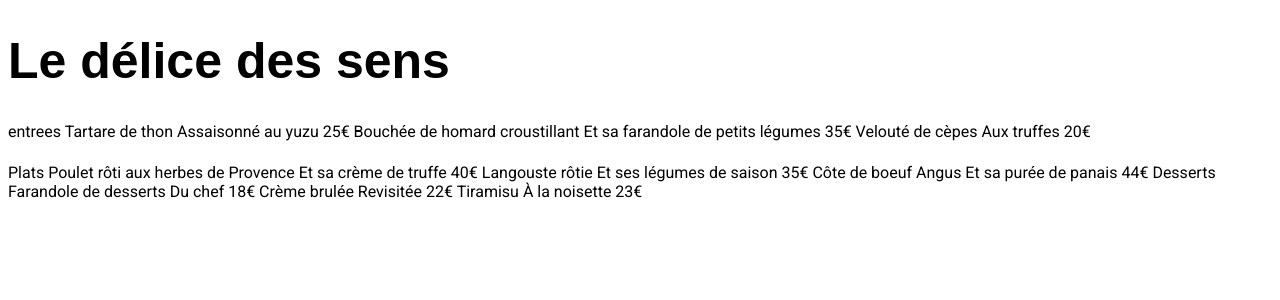
Repository: lysianebo/OHMYFOOD
Page: Le_délice_des sens.html
These files come from the project's save history. The page is drawn as it stood at one moment and after the next save; the edit follows.
The browser window is 1280 px wide. The pictures show the whole page.
Some web fonts or font styles are not loaded; a fallback is used. Some web libraries are served in a nearby version.

Above is the page before, as saved 2022-10-22 16:11:16.

After the next save:
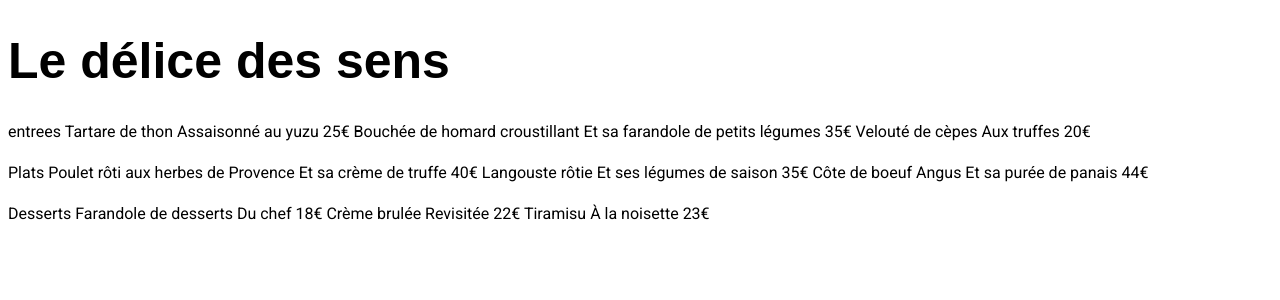
Saved 5 s later.
--- a/Le_délice_des sens.html
+++ b/Le_délice_des sens.html
@@ -37,7 +37,7 @@
     Et sa purée de panais
     44€
 
-    Desserts
+    <h5></h5>Desserts
     Farandole de desserts
     Du chef
     18€
